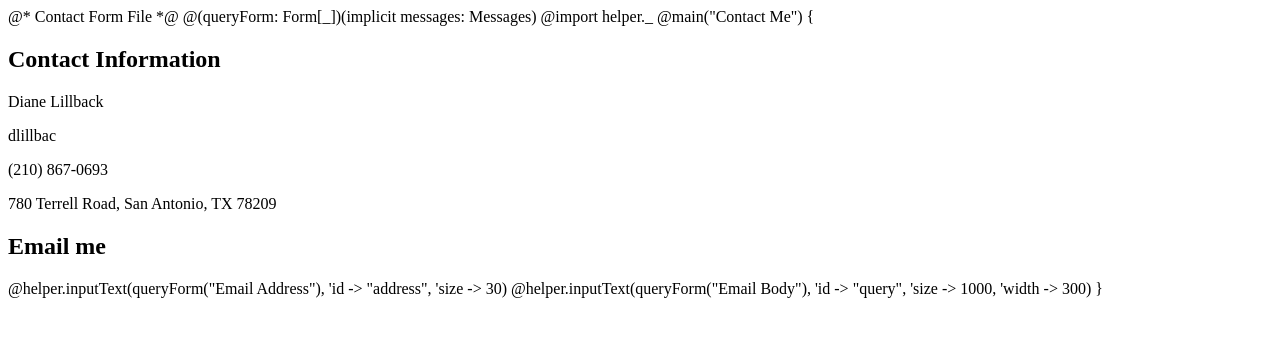
Repository: arthurfeeney/Interior-Design
Page: server/app/views/contact.scala.html
An editor plug-in stored every save of this project. The page is shown before and after the next save, followed by the edit.
The browser window is 1280 px wide. The pictures show the whole page.

Above is the page before, as saved 2019-03-31 20:06:27.

### server/app/views/contact.scala.html
@* Contact Form File *@
@(queryForm: Form[_])(implicit messages: Messages)

@import helper._

@main("Contact Me") {
<h2> Contact Information</h2>
<p>
  Diane Lillback
</p>
<p>
  dlillbac
</p>
<p>
  (210) 867-0693
</p>
<p>
  780 Terrell Road, San Antonio, TX 78209
</p>

<h2> Email me</h2>


@helper.inputText(queryForm("Email Address"), 'id -> "address", 'size -> 30)
@helper.inputText(queryForm("Email Body"), 'id -> "query", 'size -> 1000, 'width -> 300)

}

After the next save:
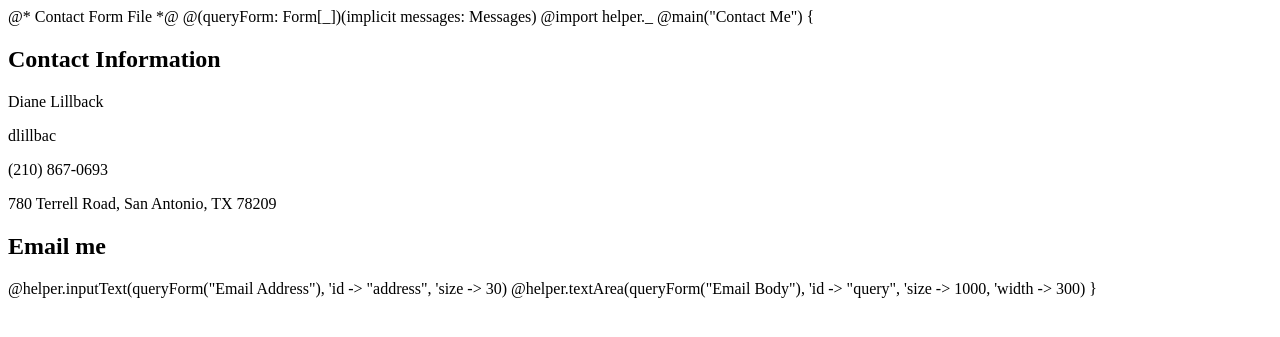
Saved 63 s later.
--- a/server/app/views/contact.scala.html
+++ b/server/app/views/contact.scala.html
@@ -22,6 +22,6 @@
 
 
 @helper.inputText(queryForm("Email Address"), 'id -> "address", 'size -> 30)
-@helper.inputText(queryForm("Email Body"), 'id -> "query", 'size -> 1000, 'width -> 300)
+@helper.textArea(queryForm("Email Body"), 'id -> "query", 'size -> 1000, 'width -> 300)
 
 }
